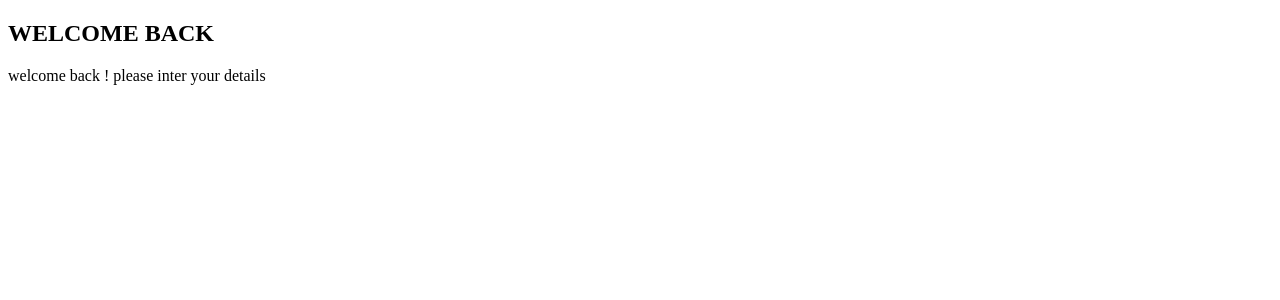
Repository: hiba2337/Fromix
Page: login.html
The author's editor kept a copy of each file at every save. The page is drawn from the files as they stood at one save, then again after the next save.
The browser window is 1280 px wide. The pictures show the whole page.

Above is the page before, as saved 2025-10-25 13:36:00.

### login.html
<!DOCTYPE html>
<html lang="fr">
<head>
    <meta charset="UTF-8">
    <meta name="viewport" content="width=device-width, initial-scale=1.0">
    <title> Formix / Log in</title>
</head>
<body>
 <div class="log-in">
    <div class="form">
<div class="text">
    <h2>
WELCOME BACK
    </h2>
    <p>welcome back ! please inter your details</p>
   <form action="">
    <div class="email">
        <label for=""></label>
    </div>
   </form>

</div>
    </div>
    <div class="img">

    </div>
 </div>
</body>
</html>

After the next save:
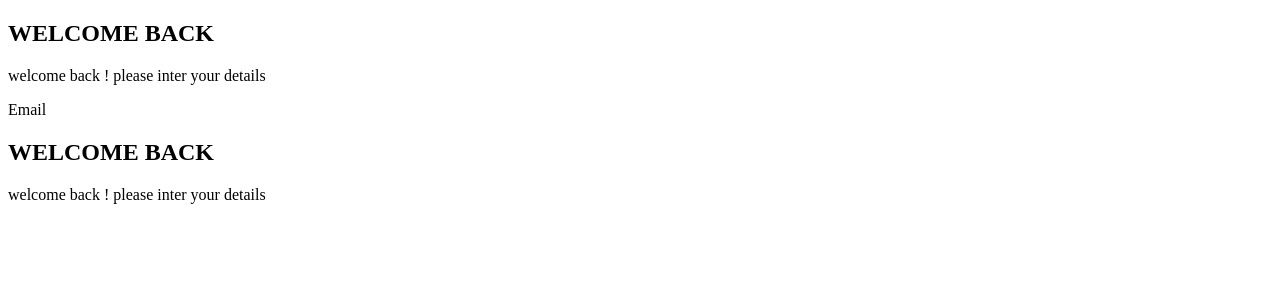
Saved 5 s later.
--- a/login.html
+++ b/login.html
@@ -1,3 +1,32 @@
+<!DOCTYPE html>
+<html lang="fr">
+<head>
+    <meta charset="UTF-8">
+    <meta name="viewport" content="width=device-width, initial-scale=1.0">
+    <title> Formix / Log in</title>
+</head>
+<body>
+ <div class="log-in">
+    <div class="form">
+<div class="text">
+    <h2>
+WELCOME BACK
+    </h2>
+    <p>welcome back ! please inter your details</p>
+   <form action="">
+    <div class="email">
+        <label for="email">Email</label>
+    </div>
+   </form>
+
+</div>
+    </div>
+    <div class="img">
+
+    </div>
+ </div>
+</body>
+</html>
 <!DOCTYPE html>
 <html lang="fr">
 <head>
